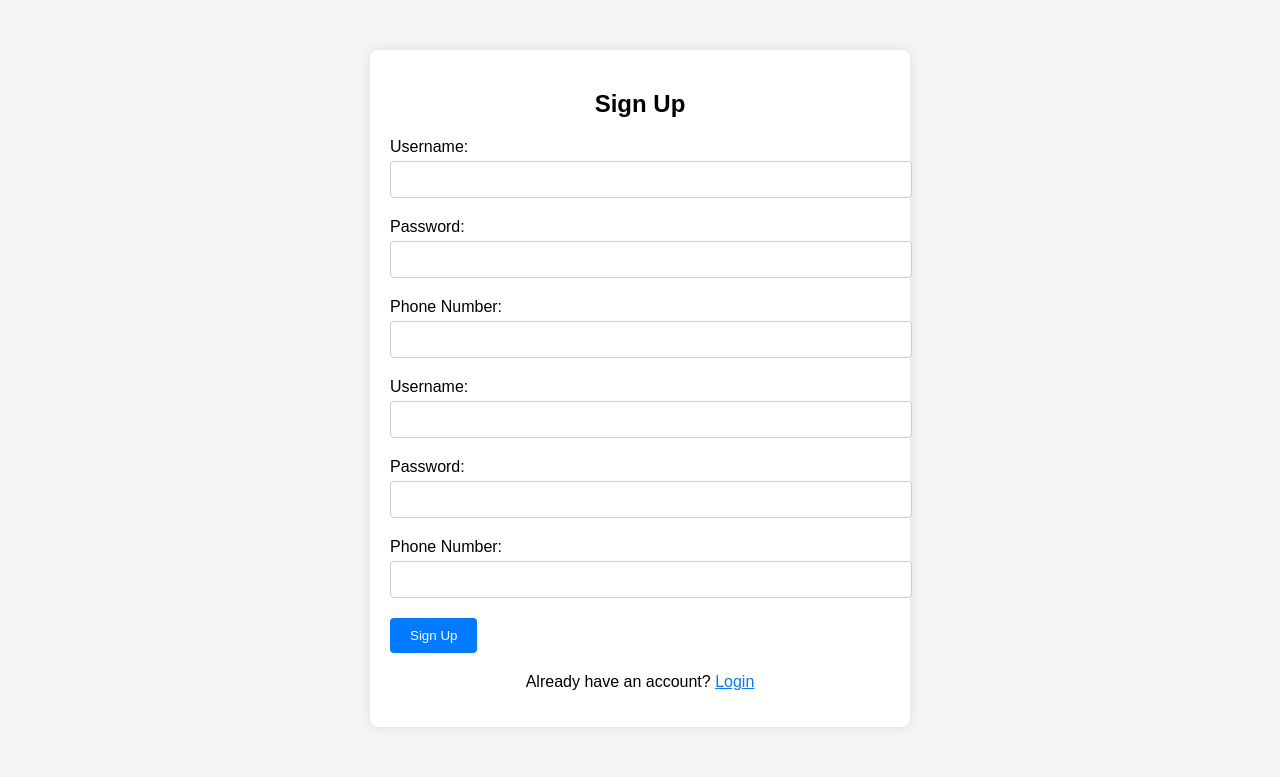
Repository: suryavishakan/parking_management
Page: http://localhost/signup
An editor plug-in stored every save of this project. The page is shown before and after a run of saves, followed by the edit.
The browser window is 1280 px wide. The pictures show the whole page.
The page is served by the project's application, run on Flask 3 (app.py).

Above is the page before, as saved 2024-04-20 13:28:55.

### templates/signup.html
<!-- signup.html -->

<!DOCTYPE html>
<html lang="en">
<head>
    <meta charset="UTF-8">
    <meta name="viewport" content="width=device-width, initial-scale=1.0">
    <title>Sign Up</title>
    <style>
        body {
            font-family: Arial, sans-serif;
            margin: 0;
            padding: 0;
            background-color: #f4f4f4;
        }
        .container {
            width: 100%;
            max-width: 500px;
            margin: 50px auto;
            padding: 20px;
            background-color: #fff;
            border-radius: 8px;
            box-shadow: 0 0 10px rgba(0, 0, 0, 0.1);
        }
        h2 {
            text-align: center;
            margin-bottom: 20px;
        }
        form {
            margin-bottom: 20px;
        }
        label {
            display: block;
            margin-bottom: 5px;
        }
        input[type="text"],
        input[type="password"],
        input[type="phoneNumber"] {
            width: 100%;
            padding: 10px;
            margin-bottom: 20px;
            border: 1px solid #ccc;
            border-radius: 4px;
        }
        button[type="submit"] {
            background-color: #007bff;
            color: #fff;
            border: none;
            padding: 10px 20px;
            border-radius: 4px;
            cursor: pointer;
        }
        button[type="submit"]:hover {
            background-color: #0056b3;
        }
        p {
            text-align: center;
        }
        a {
            color: #007bff;
        }
    </style>
</head>
<body>
    <div class="container">
        <h2>Sign Up</h2>
        {% with messages = get_flashed_messages() %}
            {% if messages %}
                <ul>
                    {% for message in messages %}
                        <li>{{ message }}</li>
                    {% endfor %}
                </ul>
            {% endif %}
        {% endwith %}
        <form action="{{ url_for('signup') }}" method="POST">
            <label for="username">Username:</label>
            <input type="text" id="username" name="username" required>
            <label for="password">Password:</label>
            <input type="password" id="password" name="password" required>
            <label for="phoneNumber">Phone Number:</label>
            <input type="phoneNumber" id="phoneNumber" name="phoneNumber" required>
            <label for="username">Username:</label>
            <input type="text" id="user" name="username" required>
            <label for="password">Password:</label>
            <input type="password" id="password" name="password" required>
            <label for="phoneNumber">Phone Number:</label>
            <input type="phoneNumber" id="phoneNumber" name="phoneNumber" required>
            <button type="submit">Sign Up</button>
        </form>
        <p>Already have an account? <a href="{{ url_for('login') }}">Login</a></p>
    </div>
</body>
</html>

### app.py
from flask import Flask, Response, request, render_template, jsonify, redirect, url_for, request, flash, session
import pymongo
import secrets
import json
from bson.objectid import ObjectId
from bson.json_util import dumps
from functools import wraps

app=Flask(__name__ , template_folder='templates')
app.secret_key = secrets.token_hex(32)

try:
    mongo = pymongo.MongoClient(
        host = 'localhost',
        port = 27017,
        serverSelectionTimeoutMS = 1000
    )
    db = mongo.ParkingManagementSystemDb #connect to mongodb1
    users_collection = db.admin
    user_collection = db["customer"]
    #cart_collection = db["cart"]
    mongo.server_info() #trigger exception if cannot connect to db
except:
    print("Error connecting to MongoDB")

@app.route('/get/admin', methods=['GET'])
def displayall():
  try:
    documents = db.admin.find()
    output = [{item: data[item] for item in data if item != '_id'} for data in documents]
    return jsonify(output)
  except Exception as ex:
    response = Response("Search Records Error!!",status=500,mimetype='application/json')
    return response

# Route for signup page
@app.route('/signup', methods=['GET', 'POST'])
def signup():
    if request.method == 'POST':
        # Get form data
        username = request.form['username']
        password = request.form['password']

        # Check if username already exists
        if user_collection.find_one({'username': username}):
            flash('Username already exists. Please choose a different one.', 'error')
            return redirect(url_for('signup'))

        # Insert user data into database
        user_data = {'username': username, 'password': password}
        user_collection.insert_one(user_data)

        flash('Signup successful. You can now login.', 'success')
        return redirect(url_for('login'))

    return render_template('signup.html')

# Route to get an employee by name
@app.route('/get/user/<user_name>', methods=['GET'])
def get_user_by_name(user_name):
    try:
        # Using a case-insensitive query to match employee name
        document = db.user.find_one({"user_name": {"$regex": f'^{user_name}$', "$options": 'i'}})

        if document:
            # Exclude _id field from the response
            output = {item: document[item] for item in document if item != '_id'}
            return jsonify(output)
        else:
            return Response("USER not found", status=404, mimetype='application/json')

    except Exception as ex:
        app.logger.error(f"Error retrieving user by name: {ex}")
        return Response("Internal Server Error", status=500, mimetype='application/json')

# Route to get all employees
@app.route('/get/allusers', methods=['GET'])
def get_all_users():
    try:
        # Fetch all documents from the 'employee' collection
        documents = db.user.find()

        # Format the response excluding the _id field
        output = [{item: data[item] for item in data if item != '_id'} for data in documents]

        return jsonify(output)

    except Exception as ex:
        app.logger.error(f"Error retrieving all employees: {ex}")
        return Response("Internal Server Error", status=500, mimetype='application/json')

# Route to update employee details by name
@app.route('/update/user/<user_name>', methods=['PUT'])
def update_user_by_name(user_name):
    try:
        # Using a case-insensitive query to match employee name
        result = db.user.update_one(
            {"employee_name": {"$regex": f'^{user_name}$', "$options": 'i'}},
            {"$set": request.get_json()}
        )

        if result.modified_count > 0:
            return Response("User details updated successfully", status=200, mimetype='application/json')
        else:
            return Response("User not found", status=404, mimetype='application/json')

    except Exception as ex:
        app.logger.error(f"Error updating User details by name: {ex}")
        return Response("Internal Server Error", status=500, mimetype='application/json')

@app.route('/')
def homePage():
    try:
        # Fetch all products from the database
        products_cursor = db.product.find()

        # Convert the cursor to a list of dictionaries
        products = list(products_cursor)

        return render_template('homePage.html', products=products)
    except Exception as ex:
        app.logger.error(f"Error fetching products: {ex}")
        flash('Error fetching products', 'error')
        return render_template('homePage.html', products=[])

# Flask route to render the profile page
@app.route('/profile')
def profile():
    try:
        # Assuming you have a collection named 'users' in your MongoDB
        # Fetch user details from the 'users' collection
        user = db.user.find_one({'username': session['username']})

        if user:
            # Render the profile template with the user details
            return render_template('profile.html', user=user)
        else:
            flash('User details not found', 'error')
            return redirect(url_for('login'))
    except Exception as ex:
        app.logger.error(f"Error fetching user details: {ex}")
        flash('Error fetching user details', 'error')
        return redirect(url_for('login'))

@app.route('/select_user_type', methods=['POST'])
def select_user_type():
    user_type = request.form.get('userType')

    if user_type == 'admin':
        return redirect(url_for('login'))
    elif user_type == 'user':
        return redirect(url_for('login'))
    else:
        flash('Invalid user type selected', 'error')
        return redirect(url_for('index'))

# Update the Flask route for handling login
@app.route('/login', methods=['GET', 'POST'])
def login():
    if request.method == 'POST':
        username = request.form.get('username')
        password = request.form.get('password')

        # Query MongoDB for admin details
        admin_user = users_collection.find_one({'username': username, 'password': password})

        if admin_user:
            # Store admin credentials in the session
            session['username'] = username
            session['password'] = password

            return redirect(url_for('admin_panel'))
        else:
            # Query MongoDB for user details
            user_user = db.user.find_one({'username': username, 'password': password})

            if user_user:
                # Store user credentials in the session
                session['username'] = username
                session['password'] = password

                return redirect(url_for('user_details'))
            else:
                flash('Invalid username or password', 'error')

    return render_template('login.html')


# New route for employee details
@app.route('/user_details')
def user_details():
    # Check if user is authenticated as an employee
    try:
    # if 'username' in session and 'password' in session == 'employee':
        # Fetch employee details based on the stored credentials
        user = db.user.find_one({'username': session['username'], 'password': session['password']})

        if user:
            return render_template('user_details.html', user=user)
        else:
            flash('Unauthorized access', 'error')
            return redirect(url_for('login'))

    except Exception as ex:
        app.logger.error(f"Error fetching user data: {ex}")
        flash(f'Error fetching user data: {ex}', 'error')

    return render_template('user_details.html', user={})

# Route to render the update employee page
@app.route('/update_user/<user_name>', methods=['GET', 'POST'])
def update_user_page(user_name):
    try:
        # Fetch the employee details from the database using the employee name
        user = db.user.find_one({"user_name": {"$regex": f'^{user_name}$', "$options": 'i'}})

        if user:
            # Render the update employee page with the employee details
            return render_template('update_user.html', user=user)
        else:
            return Response("User not found", status=404, mimetype='application/json')

    except Exception as ex:
        app.logger.error(f"Error rendering update_user page: {ex}")
        return Response("Internal Server Error", status=500, mimetype='application/json')

# Route to handle the form submission for updating employee details
@app.route('/submit_update_user/<user_name>', methods=['POST'])
def submit_update_user(user_name):
    try:
        # Use the employee name parameter to identify the employee being updated
        user_name = user_name

        # Update the employee details in the database using request.form.to_dict()
        updated_user_data = request.form.to_dict()

        # Assuming you have a 'employee' collection in your MongoDB
        result = db.user.update_one(
            {"user_name": {"$regex": f'^{user_name}$', "$options": 'i'}},
            {"$set": request.form.to_dict()}
        )

        if result.modified_count > 0:
            flash('user details updated successfully', 'success')
        else:
            flash('user not found', 'error')

    except Exception as ex:
        app.logger.error(f"Error updating user details: {ex}")
        flash('Error updating user details', 'error')

    # Redirect to the admin page after the update
    return redirect(url_for('admin'))

# Route for admin panel
@app.route('/admin', methods=['GET', 'POST'])
def admin_panel():
    if 'username' in session and 'password' in session:
        # Check if the user is an admin
        admin_user = users_collection.find_one({'username': session['username'], 'password': session['password']})
        if admin_user:
            # Render the admin panel page
            return render_template('admin.html')

    # If user is not authenticated or not an admin, redirect to login page
    flash('Unauthorized access', 'error')
    return redirect(url_for('login'))


if __name__ == '__main__':
    app.run(port=5000, debug=True)

After the next 2 saves:
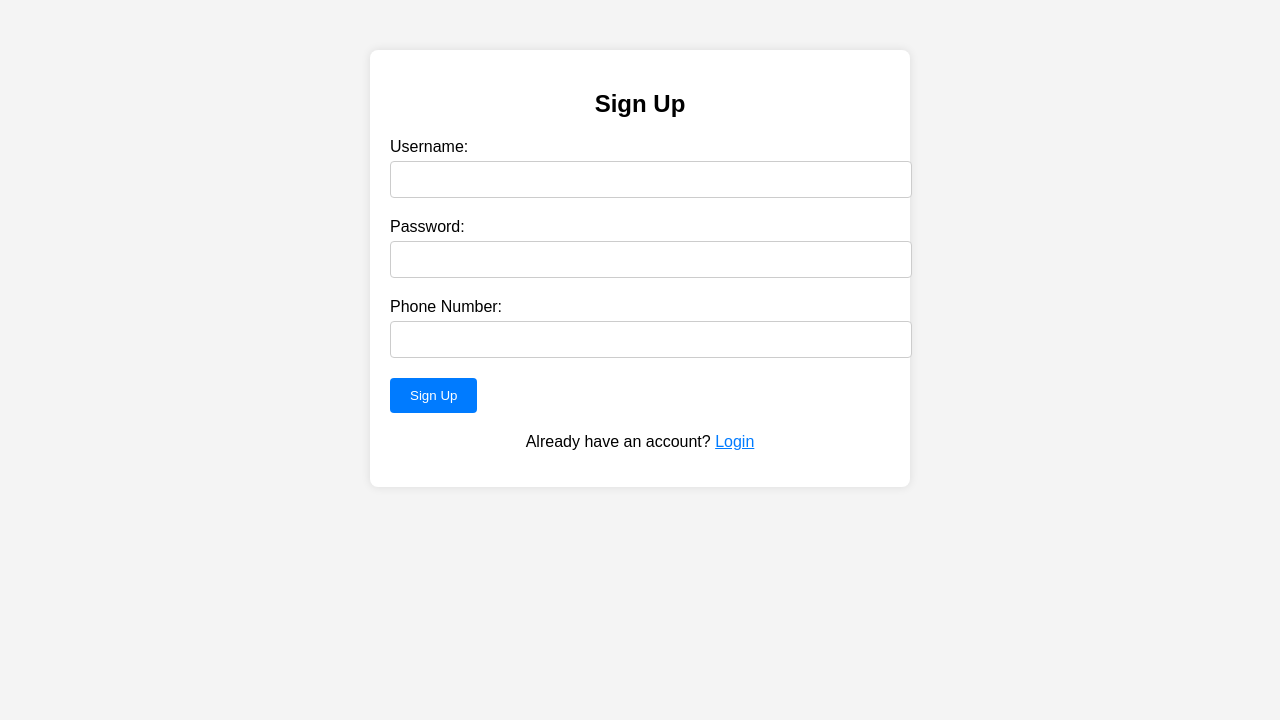
The 2 saves are shown as one change because they came seconds apart.
The last was saved 7 s later.
--- a/templates/signup.html
+++ b/templates/signup.html
@@ -80,12 +80,7 @@
             <input type="password" id="password" name="password" required>
             <label for="phoneNumber">Phone Number:</label>
             <input type="phoneNumber" id="phoneNumber" name="phoneNumber" required>
-            <label for="username">Username:</label>
-            <input type="text" id="user" name="username" required>
-            <label for="password">Password:</label>
-            <input type="password" id="password" name="password" required>
-            <label for="phoneNumber">Phone Number:</label>
-            <input type="phoneNumber" id="phoneNumber" name="phoneNumber" required>
+
             <button type="submit">Sign Up</button>
         </form>
         <p>Already have an account? <a href="{{ url_for('login') }}">Login</a></p>

After the 2 saves that followed:
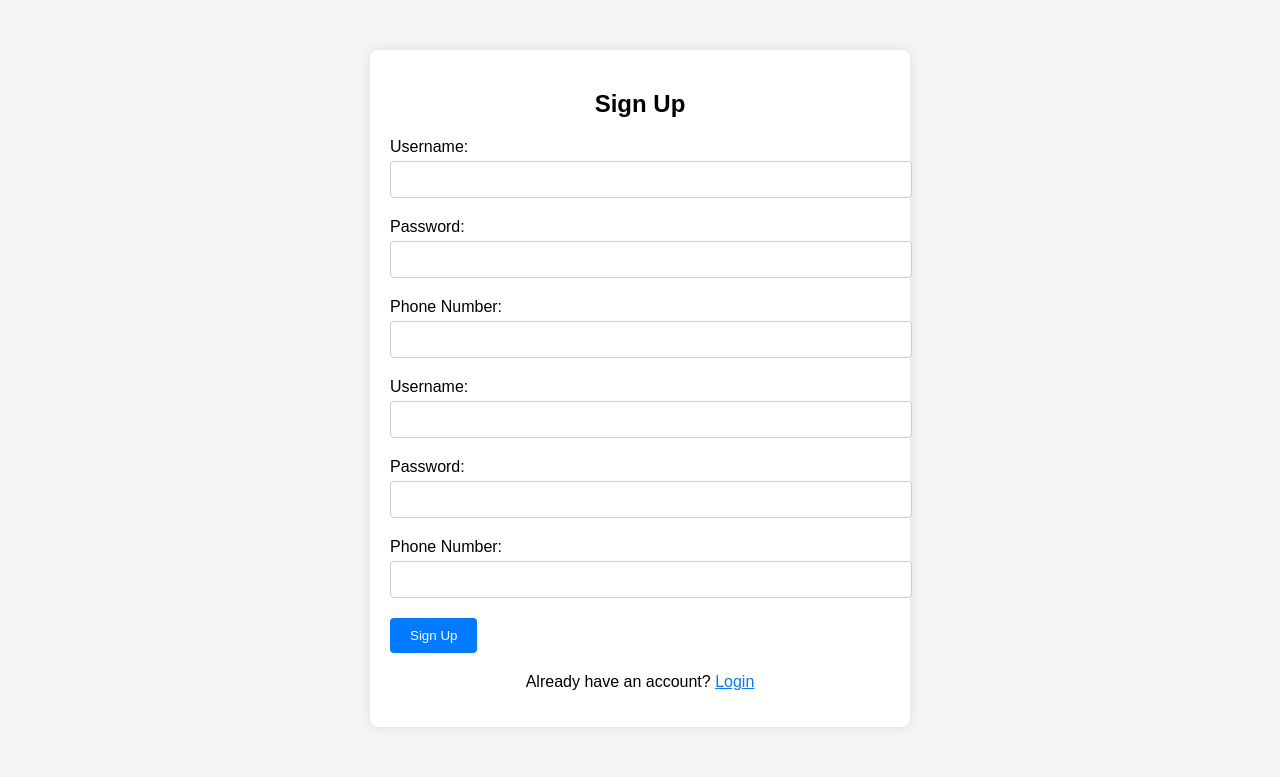
The 2 saves are shown as one change because 1 left the picture as it was.
The last was saved 22 s later.
--- a/templates/signup.html
+++ b/templates/signup.html
@@ -81,6 +81,12 @@
             <label for="phoneNumber">Phone Number:</label>
             <input type="phoneNumber" id="phoneNumber" name="phoneNumber" required>
 
+            <label for="username">Username:</label>
+            <input type="text" id="username" name="username" required>
+            <label for="password">Password:</label>
+            <input type="password" id="password" name="password" required>
+            <label for="phoneNumber">Phone Number:</label>
+            <input type="phoneNumber" id="phoneNumber" name="phoneNumber" required>
             <button type="submit">Sign Up</button>
         </form>
         <p>Already have an account? <a href="{{ url_for('login') }}">Login</a></p>
